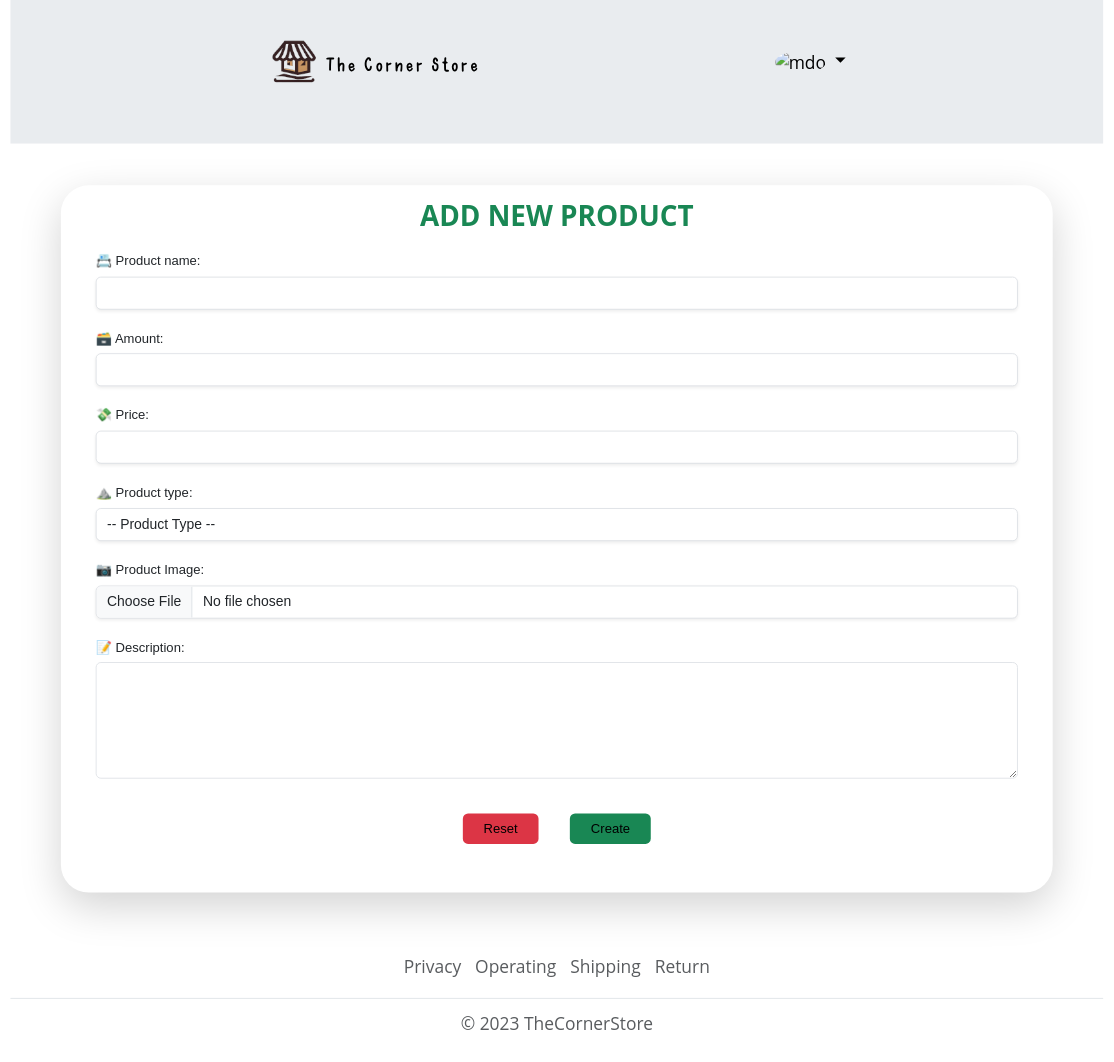
Repository: mintdunno/ass2-fullStack
Page: views/addProduct.ejs
These files come from the project's save history. The page is drawn as it stood at one moment and after the next save; the edit follows.
The browser window is 1280 px wide. The pictures show the whole page, at 87% of full size.
The page is served by the project's Node server (index.js). The template is opened directly, without the code that normally fills it, so the values that code supplies are empty.

Above is the page before, as saved 2023-09-24 10:19:46.

After the next save:
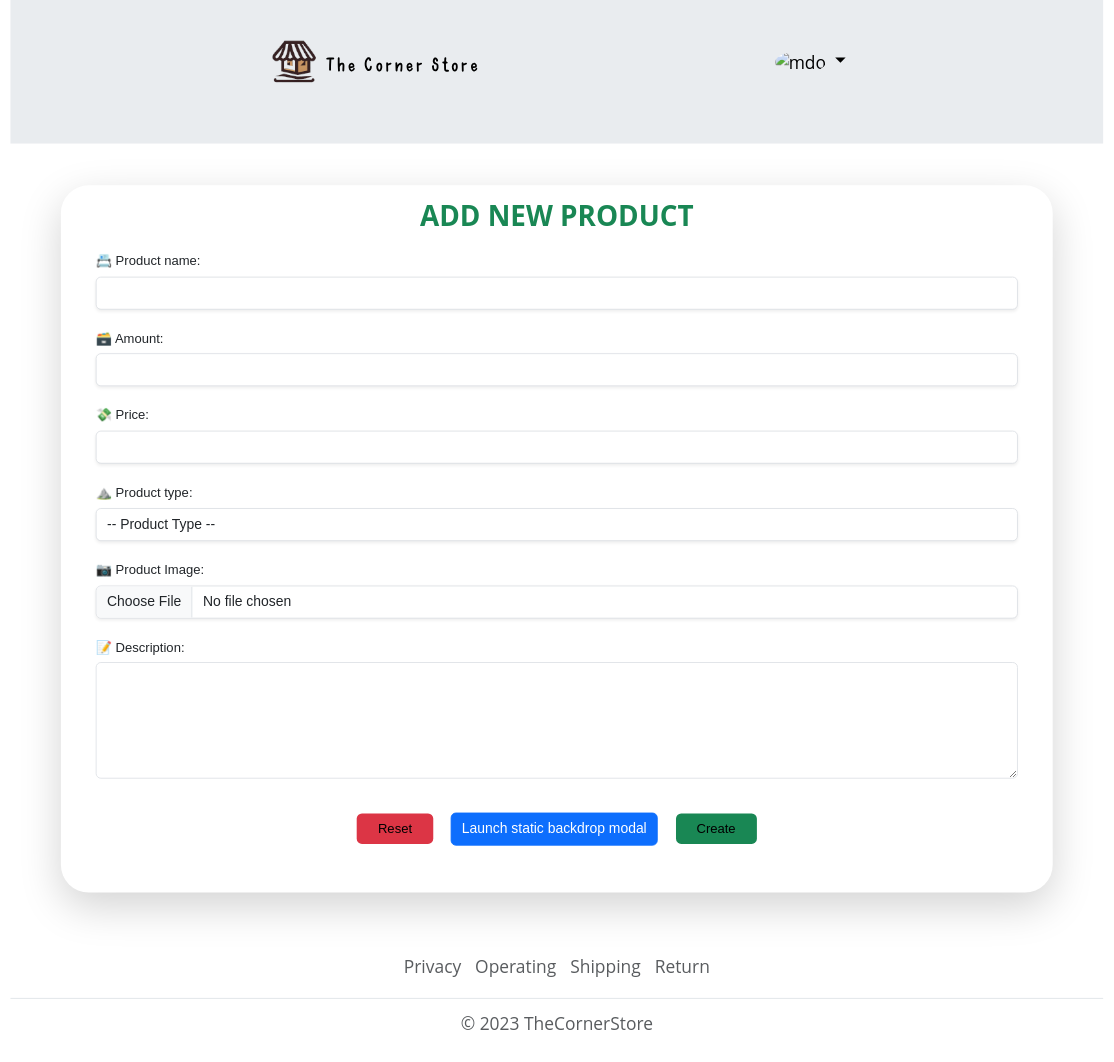
Saved 8 min 13 s later.
--- a/views/addProduct.ejs
+++ b/views/addProduct.ejs
@@ -68,6 +68,32 @@
                 <div id="error" style="color: red !important;" class="text-center"></div>
                 <div class="text-center">
                     <button type="reset" class="rounded border-0 px-4 py-2 bg-danger m-3">Reset</button>
+                    <button type="button" class="btn btn-primary" data-bs-toggle="modal"
+                        data-bs-target="#staticBackdrop">
+                        Launch static backdrop modal
+                    </button>
+
+                    <!-- Modal -->
+                    <div class="modal fade" id="staticBackdrop" data-bs-backdrop="static" data-bs-keyboard="false"
+                        tabindex="-1" aria-labelledby="staticBackdropLabel" aria-hidden="true">
+                        <div class="modal-dialog">
+                            <div class="modal-content">
+                                <div class="modal-header">
+                                    <h1 class="modal-title fs-5" id="staticBackdropLabel">Modal title</h1>
+                                    <button type="button" class="btn-close" data-bs-dismiss="modal"
+                                        aria-label="Close"></button>
+                                </div>
+                                <div class="modal-body">
+                                    ...
+                                </div>
+                                <div class="modal-footer">
+                                    <button type="button" class="btn btn-secondary"
+                                        data-bs-dismiss="modal">Close</button>
+                                    <button type="button" class="btn btn-primary">Understood</button>
+                                </div>
+                            </div>
+                        </div>
+                    </div>
                     <button type="submit" class="rounded border-0 px-4 py-2 bg-success m-3">Create</button>
                 </div>
             </form>
